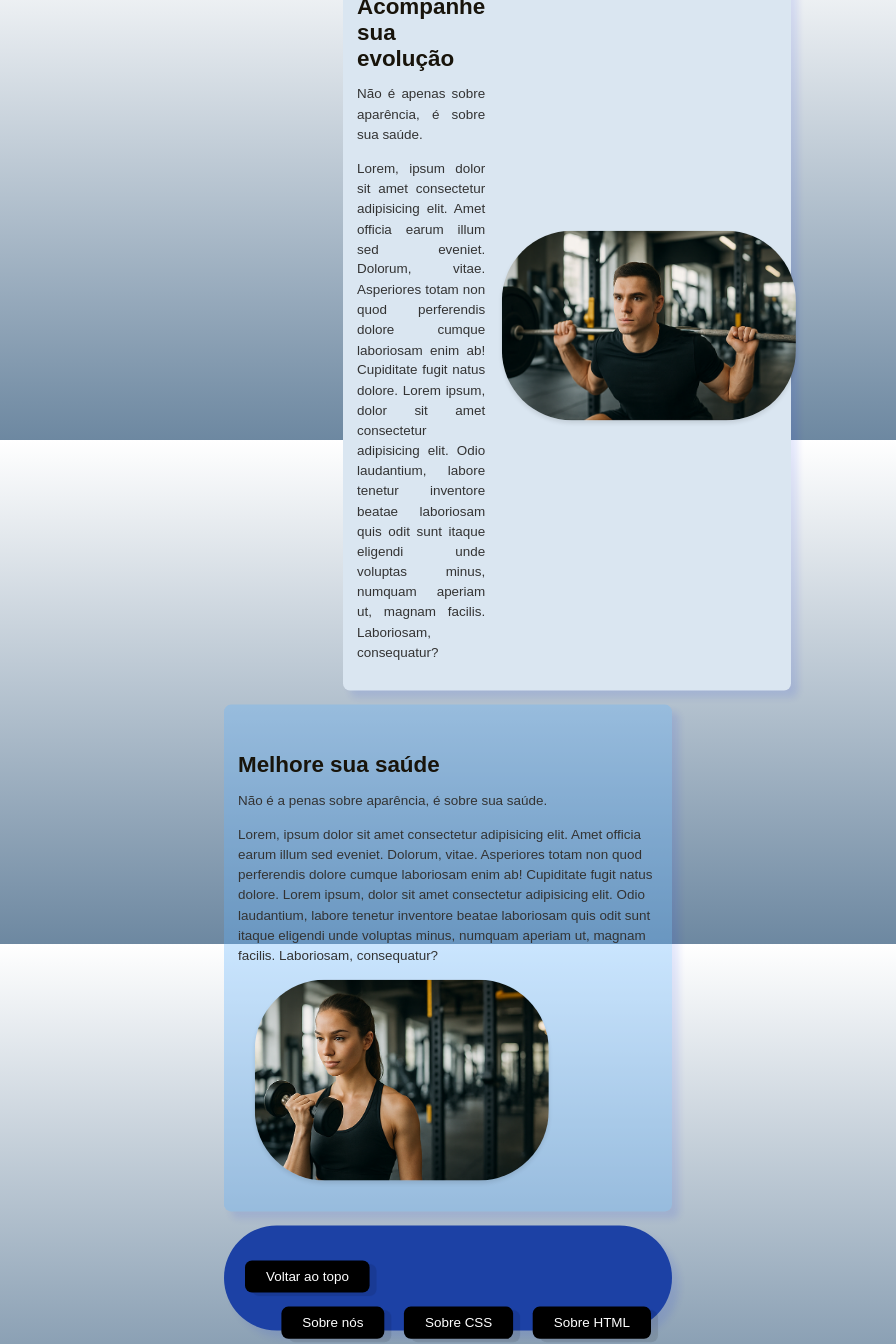
Repository: LuidyOn/Site_Forca_Total
Page: ForçaTotal/index.html
The author's editor kept a copy of each file at every save. The page is drawn from the files as they stood at one save, then again after the next save.
The browser window is 1280 px wide. The pictures show the part of the page from y = 1532 to 3452 px (the page is 3452 px tall), at 70% of full size.
Backgrounds fixed to the window are drawn as part of the page.

Above is the page before, as saved 2025-05-19 14:06:31.
Not found: ForçaTotal/js/script.js

### ForçaTotal/index.html
<!DOCTYPE html>
<html lang="pt-br">

<head>
    <meta charset="UTF-8">
    <meta name="viewport" content="width=device-width, initial-scale=1.0">
    <title>Força Total</title>
    <link rel="stylesheet" href="css/style.css">
    <link rel="shortcut icon" href="img/icons/logo.ico" type="image/x-icon">
</head>

<body>
    <header style="display: flex; align-items: center; justify-content: center; gap: 16px; padding: 8px 0; position: fixed; top: 0; left: 0; width: 100%; background: #1c41a5; z-index: 1000; box-shadow: 0 2px 8px rgba(0,0,0,0.05);">
        <img src="img/logo.jpg" alt="Imagem logo" style="height: 50px; width: auto;">
        <div style="text-align: left;">
            <h1 style="margin: 0; font-size: 1.5em;">Força Total</h1>
            <p style="margin: 0; color: rgb(207, 207, 207); font-size: 0.95em;">Parece uma Moça? Totalize sua Força!</p>
        </div>
    </header>
    <div style="height: 74px;"></div>

<img src="img/bannerpeso.png" alt="mulher com peso" style="width: 100%; height: auto; margin-top: 20px;">

    <section id="1" style="background-color: #dae6f1; padding: 20px; text-align: justify; margin-left: 150px; display: flex; align-items: center; justify-content: space-between;">
        <div style="flex: 1;">
            <h2>Escolha seu exercício</h2>
            <p>Não é apenas sobre aparência, é sobre sua saúde.</p>
            <p>Lorem, ipsum dolor sit amet consectetur adipisicing elit. Amet officia earum illum sed eveniet. Dolorum, vitae. Asperiores totam non quod perferendis dolore cumque laboriosam enim ab! Cupiditate fugit natus dolore. Lorem ipsum, dolor sit amet consectetur adipisicing elit. Odio laudantium, labore tenetur inventore beatae laboriosam quis odit sunt itaque eligendi unde voluptas minus, numquam aperiam ut, magnam facilis. Laboriosam, consequatur?</p>
        </div>
        <img src="img/prancha.png" alt="Exercício" style="width: 420px; height: auto; border-radius: 100px; margin-left: 24px;">
    </section>
    <section style="background-color: #dae6f1; padding: 20px; text-align: justify; margin-right: 150px; display: flex; align-items: center; justify-content: space-between;">
        <div style="flex: 1;">
            <h2>Acompanhe sua evolução</h2>
            <p>Não é apenas sobre aparência, é sobre sua saúde.</p>
            <p>Lorem, ipsum dolor sit amet consectetur adipisicing elit. Amet officia earum illum sed eveniet. Dolorum, vitae. Asperiores totam non quod perferendis dolore cumque laboriosam enim ab! Cupiditate fugit natus dolore. Lorem ipsum, dolor sit amet consectetur adipisicing elit. Odio laudantium, labore tenetur inventore beatae laboriosam quis odit sunt itaque eligendi unde voluptas minus, numquam aperiam ut, magnam facilis. Laboriosam, consequatur?</p>
        </div>
        <img src="img/agachamento.png" alt="Exercício" style="width: 420px; height: auto; border-radius: 100px; margin-left: 24px;">
    </section>

    <section class="variante">
        <div style="flex: 1;">
            <h2>Melhore sua saúde</h2>
            <p>Não é a penas sobre aparência, é sobre sua saúde.</p>
            <p>Lorem, ipsum dolor sit amet consectetur adipisicing elit. Amet officia earum illum sed eveniet. Dolorum, vitae. Asperiores totam non quod perferendis dolore cumque laboriosam enim ab! Cupiditate fugit natus dolore. Lorem ipsum, dolor sit amet consectetur adipisicing elit. Odio laudantium, labore tenetur inventore beatae laboriosam quis odit sunt itaque eligendi unde voluptas minus, numquam aperiam ut, magnam facilis. Laboriosam, consequatur?</p>
        </div>
        <img src="img/peso.png" alt="Exercício" style="width: 420px; height: auto; border-radius: 100px; margin-left: 24px;">
    </section>

    <section style=" background-color: #1c41a5; padding: 10px; text-align: justify; height: 150px; padding: 1px 20px;  border-radius: 1000px;">
  <h3 style="text-align: left;">
    <span>
    <a href="index.html"><button id="botao">Voltar ao topo</button></a>
    </span>
    <span style="float: right;">
      <a href="paginas/sobrenos.html"><button>Sobre nós</button></a>
      <a href="paginas/sobrecss.html"><button>Sobre CSS</button></a>
      <a href="paginas/sobreHTML.html"><button>Sobre HTML</button></a>
    </span>
  </h3>

  </section>

    <script src="js/script.js"></script>
</body>
</html>

### ForçaTotal/css/style.css
/* Resetando algumas margens e paddings padrão */
@charset "UTF-8";

* {
  margin: 100;
  padding: 0;
  box-sizing: border-box;

}

body {
  font-family: 'Arial', sans-serif;
  text-align: left;
  background-image: linear-gradient(to bottom, #ffffff, #6d88a1);
  background-attachment: fixed;
  margin: 0;
  padding: 0;
  color: #333;
  width: 100vw;
  min-height: 100vh;
}

header {
  display: flex;
  align-items: center;
  justify-content: center;
  gap: 16px;
  position: fixed;
  top: -20px;
  left: 0;
  width: 100%;
  background: #10315e;
  z-index: 1000;
  box-shadow: 0 2px 8px rgba(0,0,0,0.05);
  background-color: #0a2a83;
  color: white;
  text-align: center;
  padding: 20px;
  font-size: 1.2rem;
}

header img {
  width: 150px;
  margin-bottom: 20px;
  border-radius: 50%;
}

h1 {
  font-size: 2.5rem;
  margin-bottom: 10px;
  font-weight: bold;
}

h2 {
  font-size: 2rem;
  margin-bottom: 10px;
  font-weight: bold;
}

h3 {
  font-size: 1.8rem;
  margin-bottom: 10px;
  font-weight: 300;
  text-align: center;
}

h4 {
  font-size: 1.5rem;
  margin-bottom: 10px;
  font-weight: 300;
  margin-left: 10px;
}

h5 {
  font-size: 1.3rem;
  margin-bottom: 10px;
  font-weight: 300;
  margin-left: 20px;
}

ul {
  padding: 0;
  margin-left: 100px;
}
ol {
  list-style-type: decimal;
  margin: 0;
}

p {
  font-size: 1.2rem;
  font-weight: 300;
}

section {
  padding: 40px 20px;
  background-color: rgba(100, 179, 253, 0.336);
  margin: 20px 0;
  border-radius: 10px;
  box-shadow: 10px 10px 10px rgba(0, 42, 228, 0.1);
  width: 50%;
  margin-left: auto;
  margin-right: auto;
  display: block;
  style="background-color: #dae6f1; padding: 20px; text-align: justify; margin-left: 150px; display: flex; align-items: center; justify-content: space-between;"
}

section h2 {
  font-size: 2rem;
  margin-bottom: 10px;
  color: rgb(24, 20, 11);
}

section p {
  font-size: 1.2rem;
  line-height: 1.5;
  margin-bottom: 20px;
}

section img {
  width: 25%;
  max-width: 600px;
  border-radius: 10px;
  box-shadow: 0px 4px 6px rgba(0, 0, 0, 0.1);
  margin-left: px;
}

button {
  padding: 12px 30px;
  font-size: 1.2rem;
  background-color: #000000;
  color: white;
  border: none;
  border-radius: 10px;
  cursor: pointer;
  transition: background-color 0.3s ease, transform 0.2s ease;
  margin-top: 20px;
  margin-left: 10px;
  margin-right: 10px;
  box-shadow: 10px 5px 1px rgba(0, 0, 0, 0.1);

}

button:hover {
  background-color: #325f90;
  transform: translateY(-2px);
}

button:active {
  transform: translateY(0);
}

footer {
  background-color: #222;
  color: white;
  padding: 20px;
  font-size: 1rem;
  text-align: center;
  margin-top: 40px;
  left: 0;
  bottom: 0;
  width: 100vw;
  z-index: 100;
}

footer p {
  font-weight: 300;
  margin-left: -1000px;

}

@media screen and (max-width: 768px) {
  header h1 {
      font-size: 2rem;
  }

  section h2 {
      font-size: 1.8rem;
  }

  button {
      padding: 10px 25px;
  }
}

After the next save:
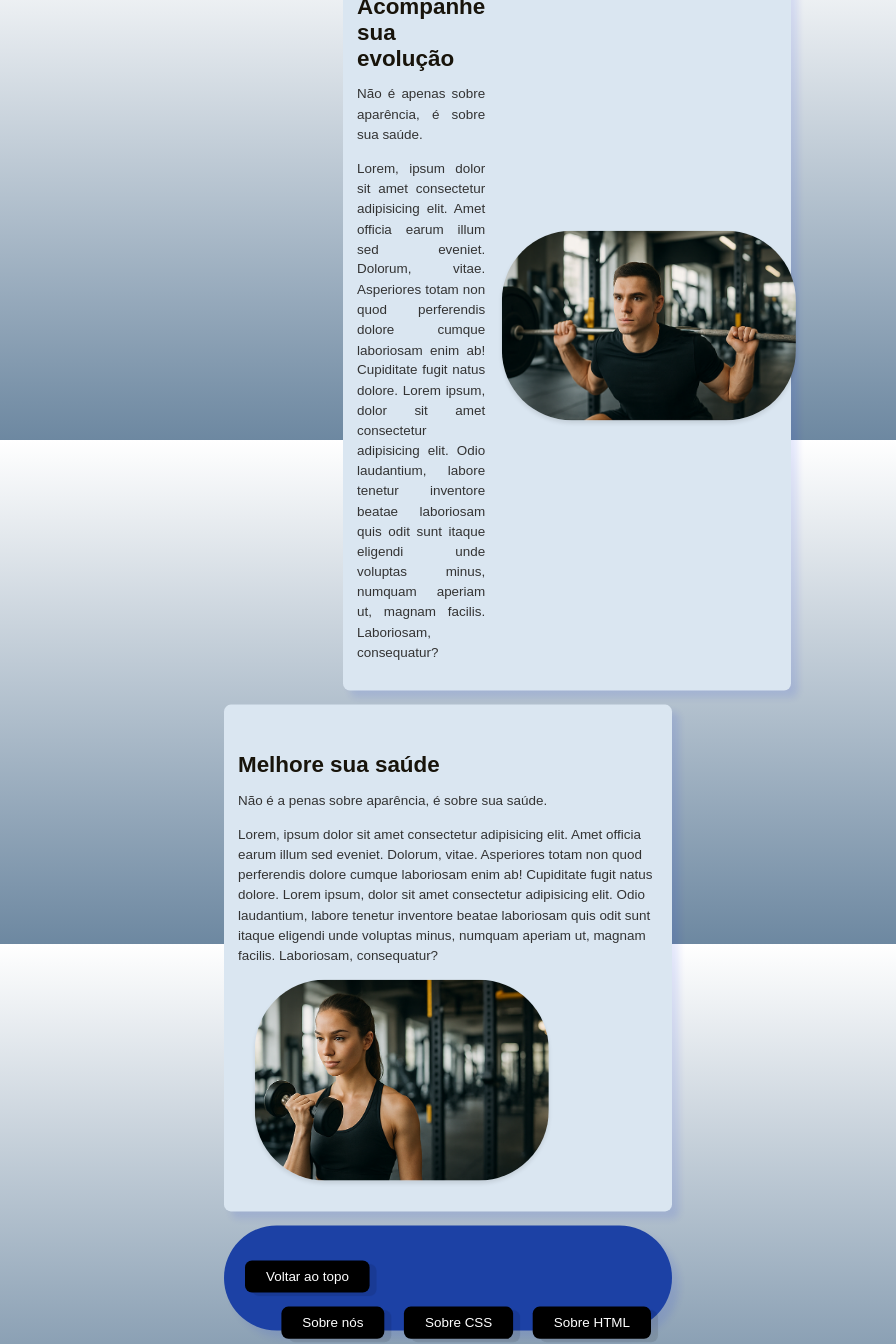
Saved 11 s later.
--- a/ForçaTotal/css/style.css
+++ b/ForçaTotal/css/style.css
@@ -94,8 +94,7 @@ p {
 
 section {
   padding: 40px 20px;
-  background-color: rgba(100, 179, 253, 0.336);
-  margin: 20px 0;
+background-color: #dae6f1;  margin: 20px 0;
   border-radius: 10px;
   box-shadow: 10px 10px 10px rgba(0, 42, 228, 0.1);
   width: 50%;
